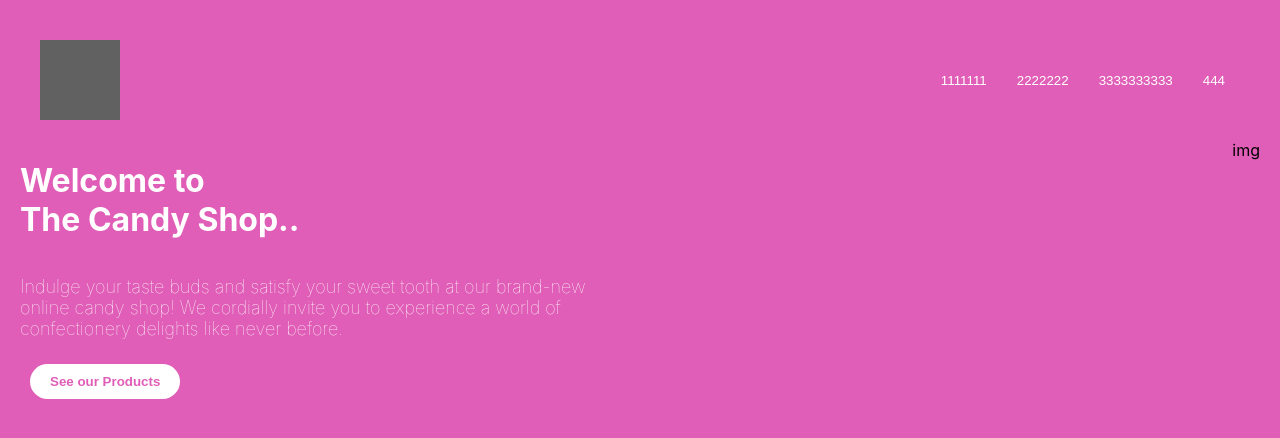
Repository: nika-otter/CandyShop
Page: /
The author's editor kept a copy of each file at every save. The page is drawn from the files as they stood at one save, then again after a run of saves.
The browser window is 1280 px wide. The pictures show the whole page.
Pictures or frames that could not be fetched are drawn as grey boxes. An inner scrolling area shows only its first screen. The project was rebuilt for these pictures with package versions that can differ from the ones it lists, and the page was loaded fresh each time.

Above is the page before, as saved 2023-06-11 10:02:37.

### src/App.js
import "./App.css";
import Main from "./Pages/Main";

function App() {
  return (
    <div className="App">
      <Main />
    </div>
  );
}

export default App;

### src/App.css
.App {
  text-align: center;
  /* scrollbar-width: none; */
}

.App-logo {
  height: 40vmin;
  pointer-events: none;
}

@media (prefers-reduced-motion: no-preference) {
  .App-logo {
    animation: App-logo-spin infinite 20s linear;
  }
}

.App-header {
  background-color: #282c34;
  min-height: 100vh;
  display: flex;
  flex-direction: column;
  align-items: center;
  justify-content: center;
  font-size: calc(10px + 2vmin);
  color: white;
}

.App-link {
  color: #61dafb;
}

@keyframes App-logo-spin {
  from {
    transform: rotate(0deg);
  }
  to {
    transform: rotate(360deg);
  }
}

### src/Pages/Main.jsx
import Cupcake from "../components/Cupcake";
import Map from "../components/Map";
import Reviews from "../components/Reviews";
import We from "../components/We";
import WhatWeDo from "../components/WhatWeDo";
import classes from "./Main.module.scss";

function Main() {
  return (
    <div className={classes.container}>
      <Cupcake />
      <We />
      <WhatWeDo />
      <Reviews />
      <Map />
    </div>
  );
}

export default Main;

### src/components/Cupcake.jsx
import classes from "./Cupcake.module.scss";
import Nav from "./Nav";
function Cupcake() {
  return (
    <div className={classes.container}>
      <Nav />
      <div className={classes.content}>
        <div className={classes.info}>
          <h1 className={classes.cupcake__title}>
            Welcome to
            <br />
            The Candy Shop..
          </h1>
          <h2 className={classes.cupcake__subtitle}>
            Indulge your taste buds and satisfy your sweet tooth at our
            brand-new online candy shop! We cordially invite you to experience a
            world of confectionery delights like never before.
          </h2>
          <button className={classes.cupcake__button}>See our Products</button>
        </div>
        <div className={classes.cupcake}>img</div>
      </div>
    </div>
  );
}

export default Cupcake;

### src/components/Map.jsx
import classes from "./Map.module.scss";
function Map() {
  return <div className={classes.container}></div>;
}

export default Map;

### src/components/Reviews.jsx
import classes from "./Reviews.module.scss";
function Reviews() {
  return <div className={classes.container}>Reviews</div>;
}

export default Reviews;

### src/components/We.jsx
import classes from "./We.module.scss";
function We() {
  return <div className={classes.container}>We</div>;
}

export default We;

### src/components/WhatWeDo.jsx
import classes from "./WhatWeDo.module.scss";
function WhatWeDo() {
  return <div className={classes.container}>WhatWeDo</div>;
}

export default WhatWeDo;

### src/Pages/Main.module.scss
.container {
  height: 100vh;
  background-color: pink;
  scroll-snap-type: y mandatory;
  scroll-behavior: smooth;
  overflow-y: auto;
  scrollbar-width: none;
  &::-webkit-scrollbar {
    display: none;
  }
}

### src/components/Cupcake.module.scss
.container {
  height: 100vh;
  background-color: rgb(224, 94, 183);
  scroll-snap-align: center;
  max-width: 1400px;
  padding: 20px;
  //   display: flex;
  //   justify-content: space-between;
}
.content {
  display: flex;
  justify-content: space-between;
  //   flex-direction: column;
  //   align-items: flex-start;
}
.info {
  width: 600px;
  //   display: flex;
  //   align-items: start;
  display: flex;
  // justify-content: space-between;
  flex-direction: column;
  align-items: flex-start;
  button {
    background-color: white;
    border: none;
    border-radius: 30px;
    cursor: pointer;
    padding: 10px 20px;
    font-weight: 600;
    margin: 10px;
    color: rgb(224, 94, 183);

    &:hover {
    }
  }
}
.cupcake__title {
  //   font-size: large;
  color: white;
  text-align: start;
}
.cupcake__subtitle {
  color: white;
  font-weight: 100;
  font-size: large;
  text-align: start;
}
.cupcake {
  //   width: 500vw;
}

### src/components/Nav.jsx
import classes from "./Nav.module.scss";
function Nav() {
  return (
    <nav className={classes.container}>
      <img
        src="https://cdn-icons-png.flaticon.com/512/1888/1888765.png"
        alt=""
      />
      <div>
        {" "}
        <button>1111111</button>
        <button>2222222</button>
        <button>3333333333</button>
        <button>444</button>
      </div>
    </nav>
  );
}

export default Nav;

### src/components/Map.module.scss
.container {
  height: 100vh;
  background-color: rgb(205, 127, 140);
  scroll-snap-align: center;
}

### src/components/Reviews.module.scss
.container {
  height: 100vh;
  background-color: pink;
  scroll-snap-align: center;
}

### src/components/We.module.scss
.container {
  height: 100vh;
  background-color: rgb(209, 183, 188);
  scroll-snap-align: center;
}

### src/components/WhatWeDo.module.scss
.container {
  height: 100vh;
  background-color: rgb(171, 116, 125);
  scroll-snap-align: center;
}

### src/components/Nav.module.scss
.container {
  display: flex;
  justify-content: space-between;
  padding: 20px;
  max-width: 1400px;
  align-items: center;
  img {
    width: 80px;
    height: 80px;
    filter: invert(100%);
  }
  button {
    background-color: transparent;
    border: none;
    cursor: pointer;
    padding: 5px;
    margin: 10px;
    color: white;
    &:hover {
      background-color: #f5f5f530;
      border-radius: 5px;
    }
  }
}

Loaded but not shown: public/index.html (common file); src/index.js (common file); src/index.css (common file)

After the next 2 saves:
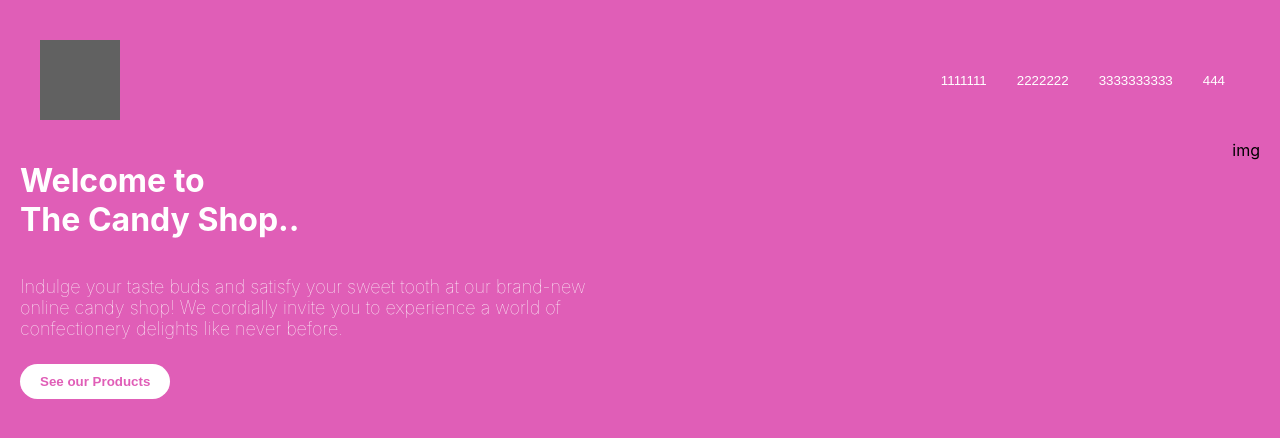
The 2 saves are shown as one change because they came seconds apart.
The last was saved 17 s later.
--- a/src/components/Cupcake.module.scss
+++ b/src/components/Cupcake.module.scss
@@ -28,7 +28,7 @@
     cursor: pointer;
     padding: 10px 20px;
     font-weight: 600;
-    margin: 10px;
+    margin: 10px 0px;
     color: rgb(224, 94, 183);
 
     &:hover {
